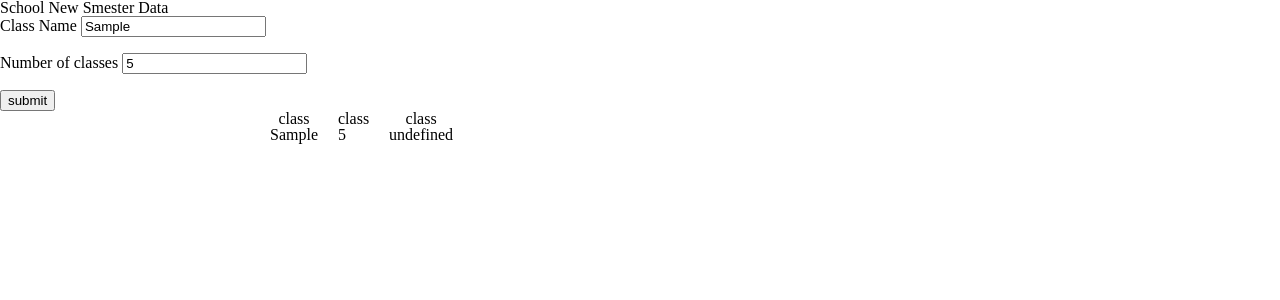
Repository: Razan-am/exam-practice
Page: index.html
These files come from the project's save history. The page is drawn as it stood at one moment and after the next save; the edit follows.
The browser window is 1280 px wide. The pictures show the whole page.
Empty fields were first filled with sample values (such as "Sample", 5 or name@example.com).
After loading, the first visible `#myForm` was submitted once.

Above is the page before, as saved 2021-05-30 23:57:07.

After the next save:
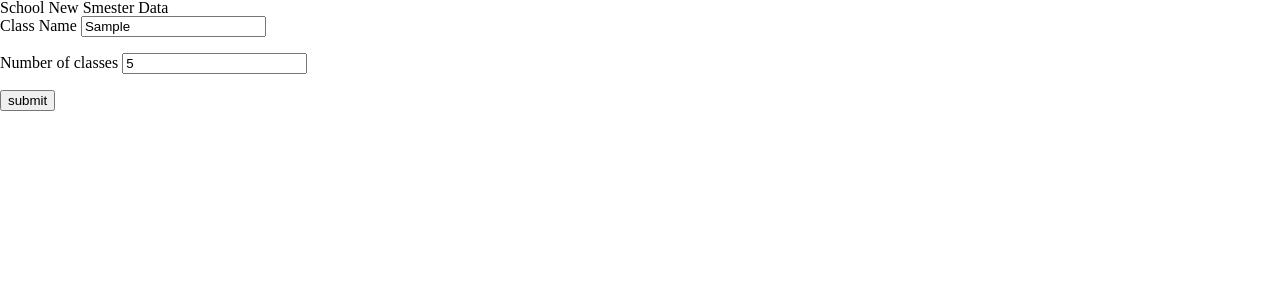
Console error: ReferenceError: index is not defined
Saved 22 s later.
--- a/js/app.js
+++ b/js/app.js
@@ -36,13 +36,13 @@
     let headerEl = document.createElement('tr');
     myTable.appendChild(headerEl);
     let tBody = document.createElement('tr');
+    for (let i = 0; i < headerData.length; i++) {
+        let thEl = document.createElement('th');
+        headerEl.appendChild(thEl);
+        thEl.textContent = `${headerData[index]}`
+    }
     myTable.appendChild(tBody);
     for (let index = 0; index < mainArr.length; index++) {
-        for (let i = 0; i < headerData.length; i++) {
-            let thEl = document.createElement('th');
-            headerEl.appendChild(thEl);
-            thEl.textContent = `${headerData[index]}`
-        }
         let td1 = document.createElement('td');
         tBody.appendChild(td1);
         td1.textContent = `${mainArr[index].className}`;

After the save that followed:
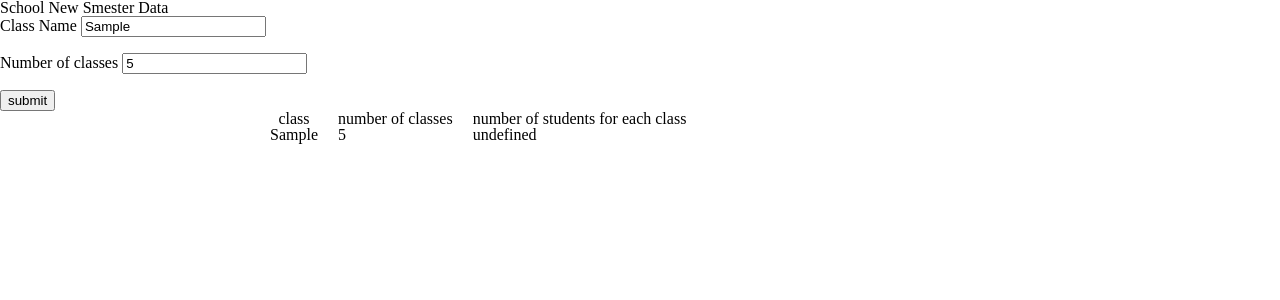
The error is gone.
Saved 29 s later.
--- a/js/app.js
+++ b/js/app.js
@@ -36,13 +36,13 @@
     let headerEl = document.createElement('tr');
     myTable.appendChild(headerEl);
     let tBody = document.createElement('tr');
-    for (let i = 0; i < headerData.length; i++) {
-        let thEl = document.createElement('th');
-        headerEl.appendChild(thEl);
-        thEl.textContent = `${headerData[index]}`
-    }
     myTable.appendChild(tBody);
     for (let index = 0; index < mainArr.length; index++) {
+        for (let i = 0; i < headerData.length; i++) {
+            let thEl = document.createElement('th');
+            headerEl.appendChild(thEl);
+            thEl.textContent = `${headerData[i]}`
+        }
         let td1 = document.createElement('td');
         tBody.appendChild(td1);
         td1.textContent = `${mainArr[index].className}`;
